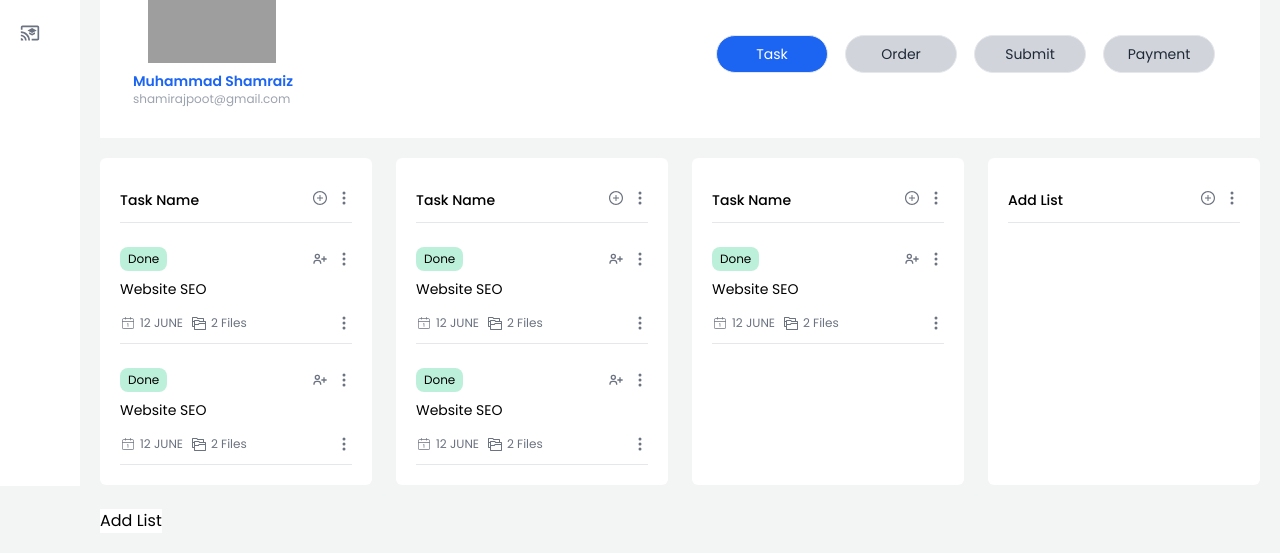
Repository: Shamraiz761/Frontend-Assessment
Page: /
These files come from the project's save history. The page is drawn as it stood at one moment and after the next save; the edit follows.
The browser window is 1280 px wide. The pictures show the part of the page from y = 234 to 791 px (the page is 787 px tall before and 791 px after).
Pictures or frames that could not be fetched are drawn as grey boxes. The project was rebuilt for these pictures with package versions that can differ from the ones it lists, and the page was loaded fresh each time. Also part of the build but not shown: vite.config.js. Imported but missing from the stored project, and not drawn on this page: src/pages/auth/login.

Above is the page before, as saved 2023-06-09 12:27:39.

After the next save:
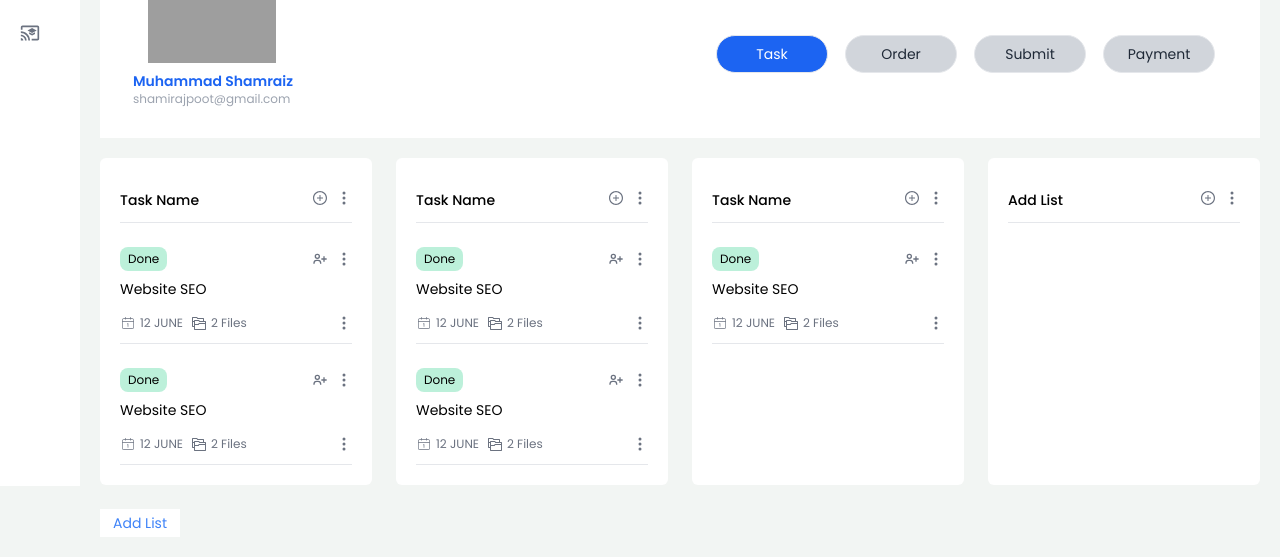
Saved 80 s later.
--- a/src/pages/Dashboard/index.jsx
+++ b/src/pages/Dashboard/index.jsx
@@ -132,7 +132,7 @@ function Home() {
           <button
             data-modal-target="defaultModal"
             data-modal-toggle="defaultModal"
-            className="bg-white "
+            className="bg-white text-blue-500 border-dotted border-blue-500 px-2 py-1 text-sm w-20"
             type="button"
           >
             Add List
